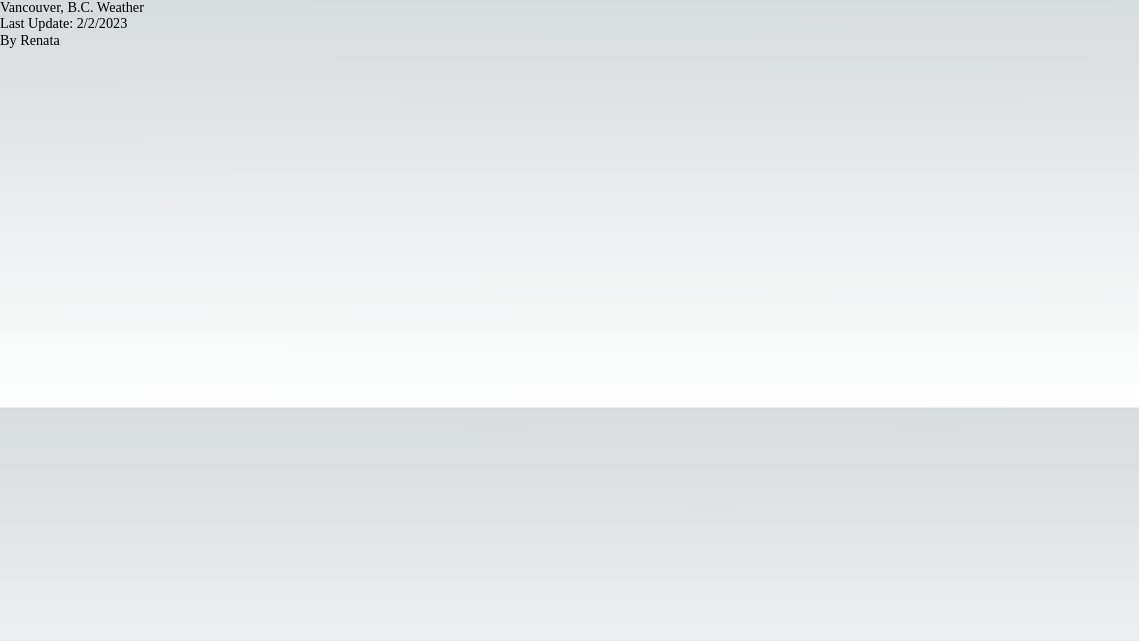
Repository: RenataDzotova/WeatherMate
Page: /
An editor plug-in stored every save of this project. The page is shown before and after the next save, followed by the edit.
The browser window is 1280 px wide. The pictures show the whole page, at 89% of full size.
The project was rebuilt for these pictures with package versions that can differ from the ones it lists, and the page was loaded fresh each time. The framework's server and built-in components were replaced by stand-ins that run in the browser. Also part of the build but not shown: next.config.js.

Above is the page before, as saved 2023-02-23 21:00:50.

### pages/index.js
import Head from 'next/head'
import Image from 'next/image'
import { Inter } from '@next/font/google'
import styles from '@/styles/Home.module.css'
import { useEffect, useRef, useState } from 'react'
import axios from 'axios'
import { FlexBox, Wrapper } from '@/styles/global'

export default function Home() {

  var apiKey = "f1c3aba9f416efdb16702d2866709e98";
  const location = "vancouver";
  var lang = "en";
  var units = "metric";
  const url = `https://api.openweathermap.org/data/2.5/forecast?q=${location}&units=${units}&appid=${apiKey}&lang=${lang}`;

  const [data, setData] = useState();
  const grabWeather = useRef(false);

  const fetchWeather = async () => {
    const response = await axios.get(url);
    console.log(response);

    console.log(response.data.list);
    const arrayOfDays = [];

    let weatherData = response.data.list.map((weather, index)=>{
      console.log(parseInt(weather.dt_txt.substr(8,2),10))
      let num = parseInt(weather.dt_txt.substr(8,2),10)

      if (num !== arrayOfDays.find(element => element === num)) {
        arrayOfDays.push(num);
        console.log("Here");
        console.log(response.data.list[index]);

        var month = '';
        var icon = '';

        if (weather.dt_txt.substr(5,2) == 1){
          month = 'January';
        } else if (weather.dt_txt.substr(5,2) == 2){
          month = 'February';
        }else if (weather.dt_txt.substr(5,2) == 3){
          month = 'March';
        }else if (weather.dt_txt.substr(5,2) == 4){
          month = 'April';
        }else if (weather.dt_txt.substr(5,2) == 5){
          month = 'May';
        }else if (weather.dt_txt.substr(5,2) == 6){
          month = 'June';
        }else if (weather.dt_txt.substr(5,2) == 7){
          month = 'July';
        }else if (weather.dt_txt.substr(5,2) == 8){
          month = 'August';
        }else if (weather.dt_txt.substr(5,2) == 9){
          month = 'September';
        }else if (weather.dt_txt.substr(5,2) == 10){
          month = 'October';
        }else if (weather.dt_txt.substr(5,2) == 11){
          month = 'November';
        }else if (weather.dt_txt.substr(5,2) == 12){
          month = 'December';
        }

        if (weather.weather[0].main == "Clouds"){
          icon = '/weather icons/clouds.svg'
        } else if(weather.weather[0].main == "Clear"){
          icon = '/weather icons/sun.svg'
        }else if(weather.weather[0].main == "Atmosphere"){
          icon = '/weather icons/mist.svg'
        }else if(weather.weather[0].main == "Rain"){
          icon = '/weather icons/rain.svg'
        }else if(weather.weather[0].main == "Drizzle"){
          icon = '/weather icons/rain.svg'
        }else if(weather.weather[0].main == "Snow"){
          icon = '/weather icons/snow.svg'
        }else if(weather.weather[0].main == "Thunderstorm"){
          icon = '/weather icons/thunderstorm.svg'
        }


        var now = new Date(weather.dt_txt);
        var days = ["Sunday", "Monday", "Tuesday", "Wednsday", "Thursday", "Friday", "Saturday"];
        var day = days[now.getDay()];

        return(
          <FlexBox key={index}>
            <Image
            src={icon}
            alt={icon}
            width={180}
            height={180}
            priority
            />
            <p>
              {day} <br /> {month} {weather.dt_txt.substr(8,2)}, {weather.dt_txt.substr(0,4)}
            </p>
            <FlexBox>{weather.main.temp.toFixed(1)}°</FlexBox>
            <FlexBox>{weather.weather[0].main}</FlexBox>
          </FlexBox>
        )
      }
    })
    console.log(arrayOfDays);
    setData(weatherData);
  }

  useEffect (() => {
    if(grabWeather.current === true) {
      fetchWeather();
    }

    return () => {
      grabWeather.current = true;
    }
  }, [])

  const current = new Date();
  const date = `${current.getDate()}/${current.getMonth()+1}/${current.getFullYear()}`


  return (
    <>
      <Head>
        <title>Create Next App</title>
        <meta name="description" content="Generated by create next app" />
        <meta name="viewport" content="width=device-width, initial-scale=1" />
        <link rel="icon" href="/logo.svg.ico" />
      </Head>
      <main >
        <div >
          <p>
            Vancouver, B.C. Weather <br/>
            Last Update: {date}
          </p>
          <div>
            <a
              href=""
              target="_blank"
              rel="noopener noreferrer"
            >
              By{' '}
              Renata
            </a>
          </div>
        </div>

          <div>
          <Image
          className={styles.logo}
          src="/logo.svg"
          alt="Next.js Logo"
          width={700}
          height={400}
          priority
          />
          </div>

        <div className={styles.data}>
          {data}
        </div>

      </main>
    </>
  )
}

### styles/Home.module.css
.main {
  display: flex;
  flex-direction: column;
  justify-content: space-between;
  align-items: center;
  padding: 6rem;
  min-height: 100vh;
}

.description {
  display: inherit;
  justify-content: inherit;
  align-items: inherit;
  font-size: 0.85rem;
  max-width: var(--max-width);
  width: 100%;
  z-index: 2;
  font-family: var(--font-mono);
}

.description a {
  display: flex;
  justify-content: center;
  align-items: center;
  gap: 0.5rem;
}

.description p {
  position: relative;
  margin: 0;
  padding: 1rem;
  background-color: rgba(var(--callout-rgb), 0.5);
  border: 1px solid rgba(var(--callout-border-rgb), 0.3);
  border-radius: var(--border-radius);
}

.code {
  font-weight: 700;
  font-family: var(--font-mono);
}

.grid {
  display: grid;
  grid-template-columns: repeat(5, minmax(20%, auto));
  width: var(--max-width);
  max-width: 100%;
}

.card {
  padding: 1rem 1.2rem;
  border-radius: var(--border-radius);
  background: rgba(var(--card-rgb), 0);
  border: 1px solid rgba(var(--card-border-rgb), 0);
  transition: background 200ms, border 200ms;
}

.card span {
  display: inline-block;
  transition: transform 200ms;
}

.card h2 {
  font-weight: 600;
  margin-bottom: 0.7rem;
}

.card p {
  margin: 0;
  opacity: 0.6;
  font-size: 0.9rem;
  line-height: 1.5;
  max-width: 30ch;
}

.center {
  display: flex;
  justify-content: center;
  align-items: center;
  position: relative;
  padding: 4rem 0;
}

.center::before {
  background: var(--secondary-glow);
  border-radius: 50%;
  width: 480px;
  height: 360px;
  margin-left: -400px;
}

.center::after {
  background: var(--primary-glow);
  width: 240px;
  height: 180px;
  z-index: -1;
}

.center::before,
.center::after {
  content: '';
  left: 50%;
  position: absolute;
  filter: blur(45px);
  transform: translateZ(0);
}

.logo,
.thirteen {
  position: relative;
}

.thirteen {
  display: flex;
  justify-content: center;
  align-items: center;
  width: 75px;
  height: 75px;
  padding: 25px 10px;
  margin-left: 16px;
  transform: translateZ(0);
  border-radius: var(--border-radius);
  overflow: hidden;
  box-shadow: 0px 2px 8px -1px #0000001a;
}

.thirteen::before,
.thirteen::after {
  content: '';
  position: absolute;
  z-index: -1;
}

/* Conic Gradient Animation */
.thirteen::before {
  animation: 6s rotate linear infinite;
  width: 200%;
  height: 200%;
  background: var(--tile-border);
}

/* Inner Square */
.thirteen::after {
  inset: 0;
  padding: 1px;
  border-radius: var(--border-radius);
  background: linear-gradient(
    to bottom right,
    rgba(var(--tile-start-rgb), 1),
    rgba(var(--tile-end-rgb), 1)
  );
  background-clip: content-box;
}

/* Enable hover only on non-touch devices */
@media (hover: hover) and (pointer: fine) {
  .card:hover {
    background: rgba(var(--card-rgb), 0.1);
    border: 1px solid rgba(var(--card-border-rgb), 0.15);
  }

  .card:hover span {
    transform: translateX(4px);
  }
}

@media (prefers-reduced-motion) {
  .thirteen::before {
    animation: none;
  }

  .card:hover span {
    transform: none;
  }
}

/* Mobile */
@media (max-width: 700px) {
  .content {
    padding: 4rem;
  }

  .grid {
    grid-template-columns: 1fr;
    margin-bottom: 120px;
    max-width: 320px;
    text-align: center;
  }

  .card {
    padding: 1rem 2.5rem;
  }

  .card h2 {
    margin-bottom: 0.5rem;
  }

  .center {
    padding: 8rem 0 6rem;
  }

  .center::before {
    transform: none;
    height: 300px;
  }

  .description {
    font-size: 0.8rem;
  }

  .description a {
    padding: 1rem;
  }

  .description p,
  .description div {
    display: flex;
    justify-content: center;
    position: fixed;
    width: 100%;
  }

  .description p {
    align-items: center;
    inset: 0 0 auto;
    padding: 2rem 1rem 1.4rem;
    border-radius: 0;
    border: none;
    border-bottom: 1px solid rgba(var(--callout-border-rgb), 0.25);
    background: linear-gradient(
      to bottom,
      rgba(var(--background-start-rgb), 1),
      rgba(var(--callout-rgb), 0.5)
    );
    background-clip: padding-box;
    backdrop-filter: blur(24px);
  }

  .description div {
    align-items: flex-end;
    pointer-events: none;
    inset: auto 0 0;
    padding: 2rem;
    height: 200px;
    background: linear-gradient(
      to bottom,
      transparent 0%,
      rgb(var(--background-end-rgb)) 40%
    );
    z-index: 1;
  }
}

/* Tablet and Smaller Desktop */
@media (min-width: 701px) and (max-width: 1120px) {
  .grid {
    grid-template-columns: repeat(2, 50%);
  }
}

@media (prefers-color-scheme: dark) {
  .vercelLogo {
    filter: invert(1);
  }

  .logo,
  .thirteen img {
    filter: invert(1) drop-shadow(0 0 0.3rem #ffffff70);
  }
}

@keyframes rotate {
  from {
    transform: rotate(360deg);
  }
  to {
    transform: rotate(0deg);
  }
}

### styles/global.js
import styled from 'styled-components'

export const FlexBox = styled.div`
    display:flex;
    justify-content:${props=>props.justifyContent || "center"};
    align-items:${props=>props.alignItems || "center"};
    flex-direction:${props=>props.dir || "row"};
    flex-wrap: ${props=>props.flexWrap};
    width: ${props=>props.width};
    height: ${props=>props.height};
    background-color: ${props=>props.bgColor};
    padding: ${props=>props.padding};
    margin: ${props=>props.margin || "0px"};
    min-height: ${props=>props.minHeight};
    max-height: ${props=>props.maxHeight};
    background-image: ${props=>props.linearGradient || "none"}, url(${props=>props.bgImage});
    background-position: ${props=>props.bgPosition || "center"};
    background-size: ${props=>props.bgSize || "cover"};
    background-repeat: ${props=>props.bgRepeat};
    border-radius:${props=>props.borderRadius};
    filter: ${props=>props.filter};
    border: ${props=>props.border};
    z-index:${props=>props.zIndex};
    position: ${props=>props.position};
    top: ${props=>props.top};
    left:${props=>props.left};
    bottom: ${props=>props.bottom};
    border-bottom-style: ${props=>props.borderBottom};
    box-shadow: ${props=>props.boxShadow};
    border-top: ${props=>props.topBorder};
    border-bottom: ${props=>props.bottomBorder};
    color: ${props=>props.color};
    font-weight: ${props=>props.fontWeight};
    cursor: ${props=>props.cursor};
    max-width: ${props=>props.maxWidth};
    min-width: ${props=>props.minWidth};
    overflow-y: ${props=>props.overflowY};
    overflow-anchor: ${props=>props.overflowA};
    overflow-x: ${props=>props.overflowX};
`

export const Wrapper = styled(FlexBox) `
    width: 100vw;
    height: ${props=>props.height || "100vh"};
    padding:${props=>props.padding};
    overflow-x: ${props=>props.overflowX};
    overflow-y: ${props=>props.overflowY};
`

export const HorizontalScrollContainer = styled(FlexBox)`
    overflow-y: scroll;
    width: ${props=>props.width || "100vw"};
    scrollbar-width: none;

`

export const ImgPlaceholder = styled.div`
    width: ${props=>props.width || "134px"};
    height: ${props=>props.height || "154px"};
    border-radius: ${props=>props.borderRadius || "8px 0px 0px 8px"};
    background-image: url(${props=>props.bgImage});
    margin: ${props=>props.margin};
    position: ${props=>props.position};
    top: ${props=>props.top};
    background-position: center;
    background-size: cover;
`

Loaded but not shown: pages/_app.js (common file); pages/_document.js (common file); styles/globals.css (common file)

After the next save:
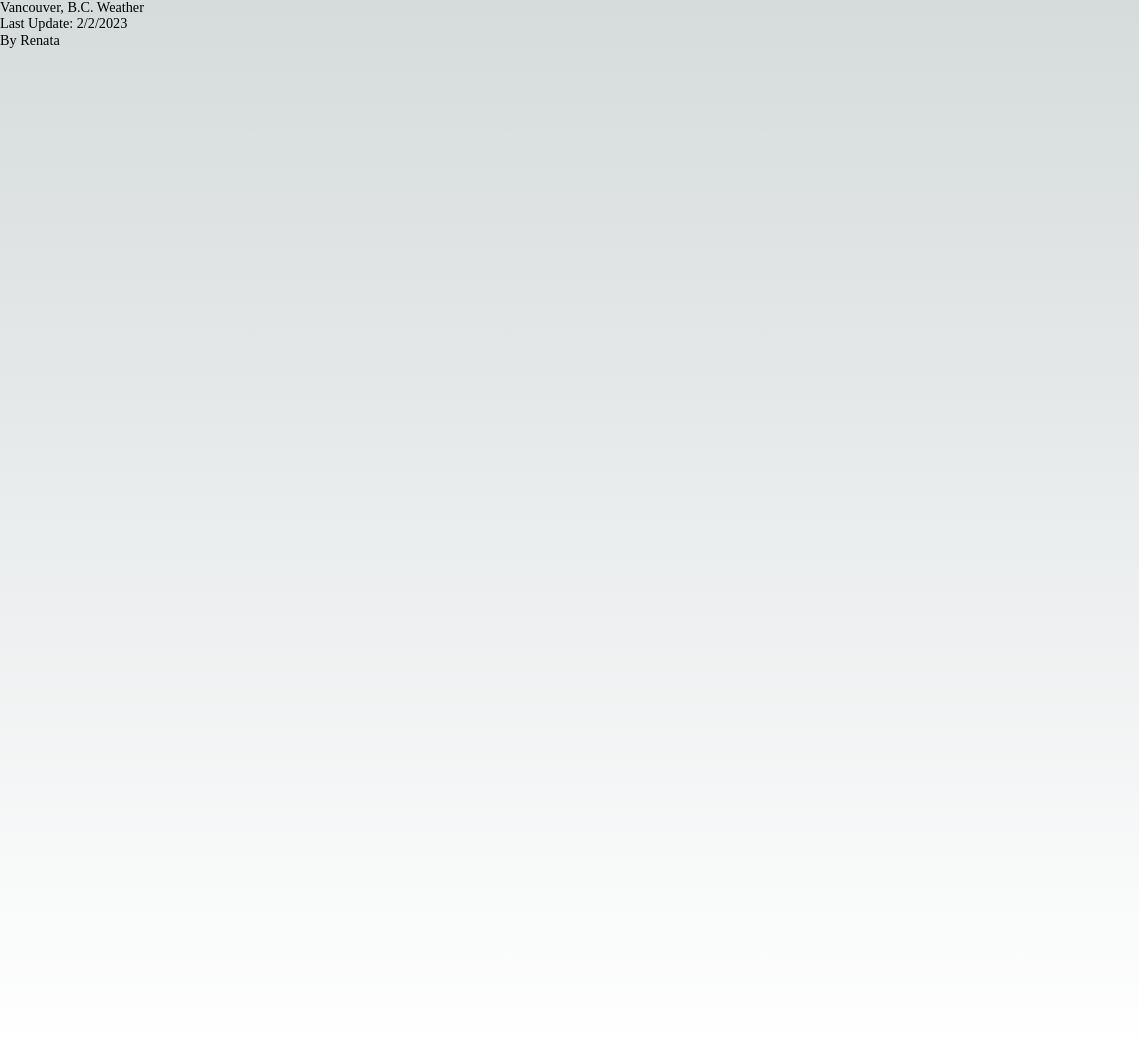
Saved 14 s later.
--- a/pages/index.js
+++ b/pages/index.js
@@ -156,9 +156,9 @@
           />
           </div>
 
-        <div className={styles.data}>
+        <Wrapper>
           {data}
-        </div>
+        </Wrapper>
 
       </main>
     </>
